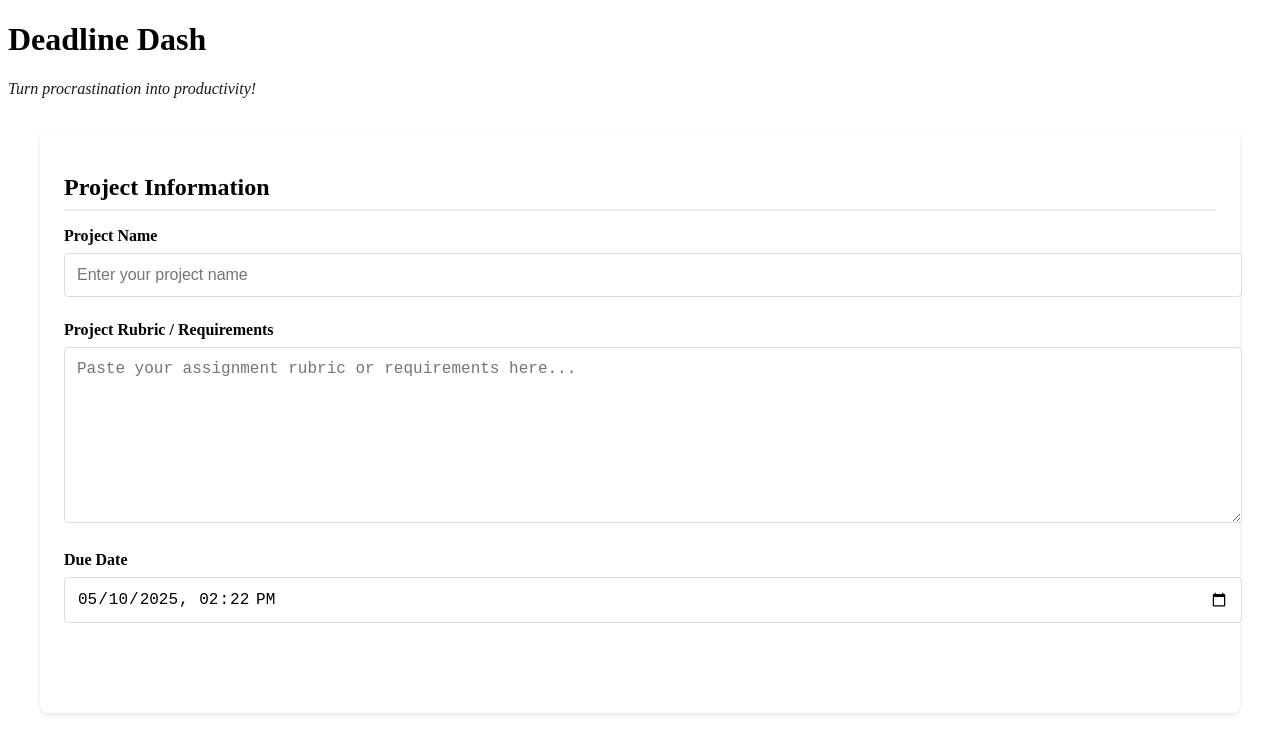
Repository: Jordanexn/DeadlineDashhh
Page: index.html
These files come from the project's save history. The page is drawn as it stood at one moment and after the next save; the edit follows.
The browser window is 1280 px wide. The pictures show the whole page.

Above is the page before, as saved 2025-05-09 14:48:09.

After the next save:
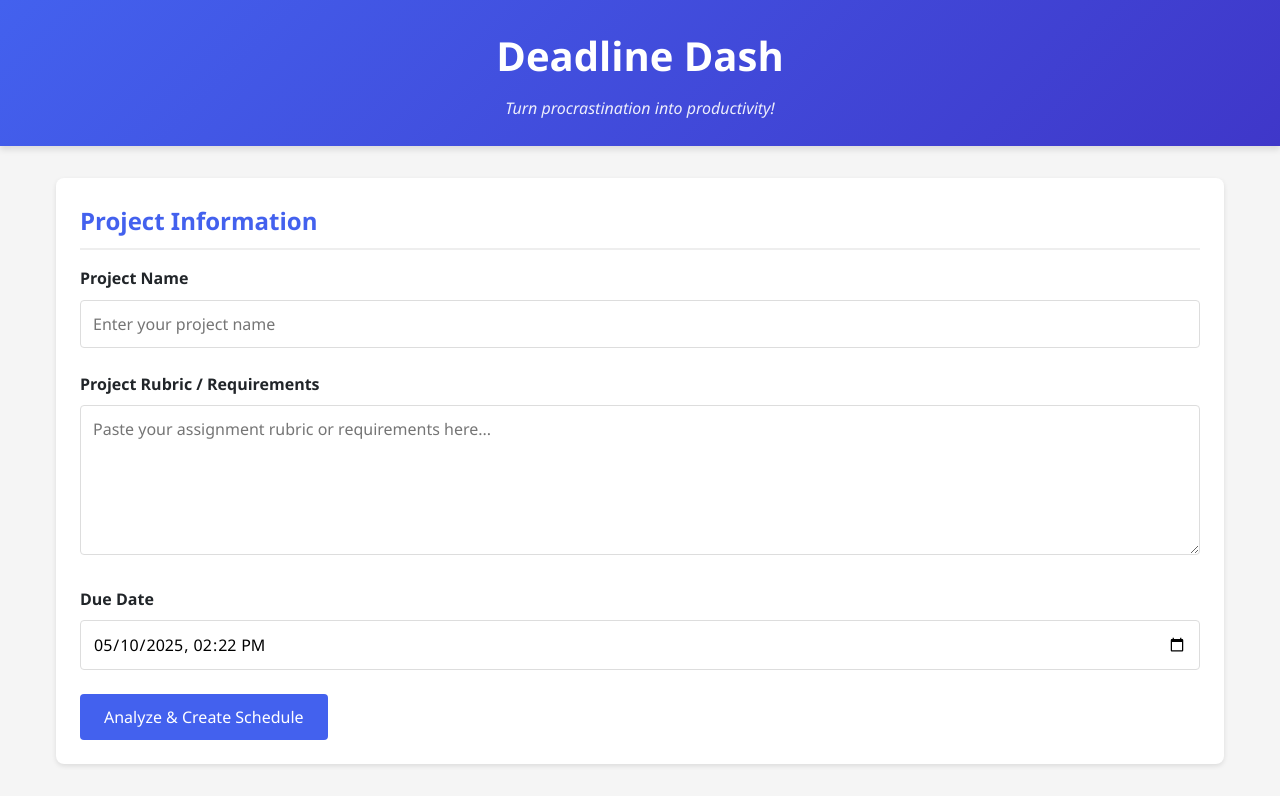
Saved 3 min 34 s later.
--- a/styles.css
+++ b/styles.css
@@ -1,3 +1,40 @@
+:root {
+    --primary: #4361ee;
+    --primary-dark: #3a56d4;
+    --secondary: #3f37c9;
+    --light: #f8f9fa;
+    --dark: #212529;
+    --danger: #ef476f;
+    --success: #06d6a0;
+    --warning: #ffd166;
+}
+
+* {
+    margin: 0;
+    padding: 0;
+    box-sizing: border-box;
+    font-family: 'Segoe UI', Tahoma, Geneva, Verdana, sans-serif;
+}
+
+body {
+    background-color: #f5f5f5;
+    color: var(--dark);
+    line-height: 1.6;
+}
+
+header {
+    background: linear-gradient(135deg, var(--primary), var(--secondary));
+    color: white;
+    padding: 1.5rem;
+    text-align: center;
+    box-shadow: 0 4px 6px rgba(0, 0, 0, 0.1);
+}
+
+header h1 {
+    margin-bottom: 0.5rem;
+    font-size: 2.5rem;
+}
+
 .tagline {
     font-style: italic;
     opacity: 0.9;
